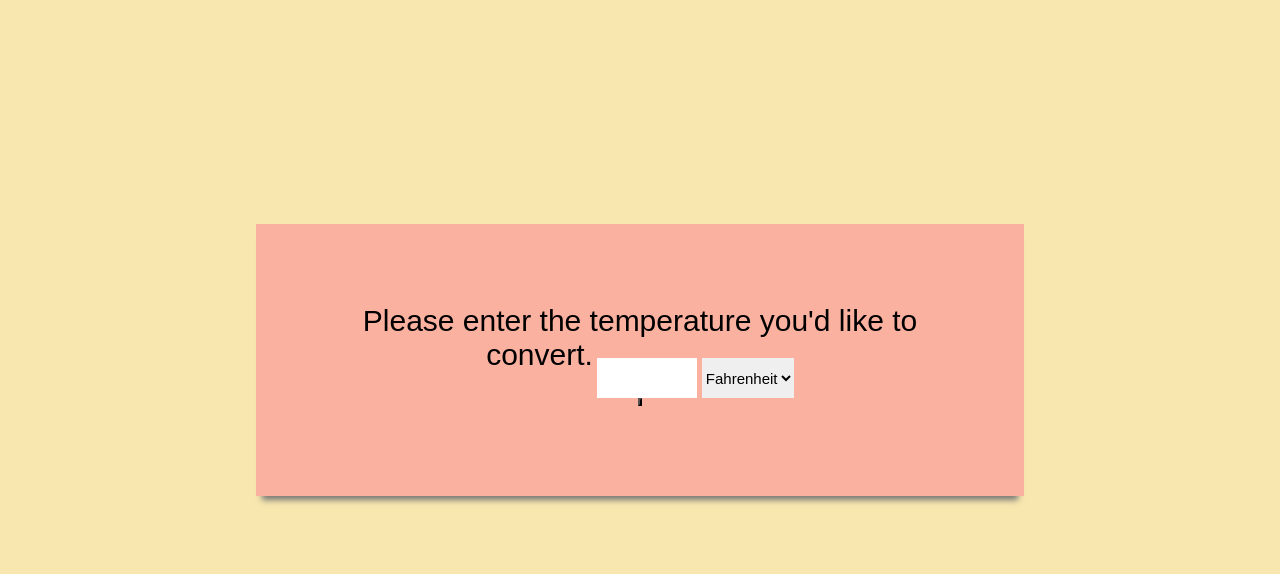
Repository: Mayur2905/OIBSIP
Page: Task-4/index.html
The author's editor kept a copy of each file at every save. The page is drawn from the files as they stood at one save, then again after the next save.
The browser window is 1280 px wide. The pictures show the whole page.

Above is the page before, as saved 2022-02-03 22:30:28.

### Task-4/index.html
<!DOCTYPE html>
<html lang="en">
<head>
    <meta charset="UTF-8">
    <meta http-equiv="X-UA-Compatible" content="IE=edge">
    <meta name="viewport" content="width=device-width, initial-scale=1.0">
    <title>Document</title>
    <link rel="stylesheet" href="style.css">
</head>
<body>
    <form id="tempCalc" onsubmit="calculateTemp(); return false">
        <label for="temp">Please enter the temperature you'd like to convert.</label>
        <input type="number" name="temp" id="temp">
        <select name="temp_diff" id="temp_diff">
            <option value="fah">Fahrenheit</option>
            <option value="Kel">Kelvin</option>
        </select><br/>
        <input id="btn" type="submit" value="submit" name="temp">
        <span id="resultContainer"></span>
    </form>
</body>
</html>

### Task-4/style.css
* {
  margin: 0;
  padding: 0;
  box-sizing: border-box;
  font-family: "Mulish", sans-serif;
}

body {
  width: 100vw;
  height: 100vh;
  background-color: #f8e7af;
  display: grid;
  align-items: center;
}

form {
  background-color: #fab1a0;
  padding: 80px;
  width: 60%;
  margin: 100px auto;
  text-align: center;
  box-shadow: 0 10px 6px -6px #777;
}

#tempCalc label {
  font-size: 30px;
}

#temp {
  border: none;
  padding: 10px;
  height: 40px;
  width: 100px;
  font-size: 20px;
  margin-top: 20px;
  vertical-align: top;
}

#temp_diff {
  height: 40px;
  border: none;
  margin-top: 20px;
  font-size: 15px;
  vertical-align: top;
}

#btn {
  background-color: black;
  height: 8px;
  width: 3px;
}

After the next save:
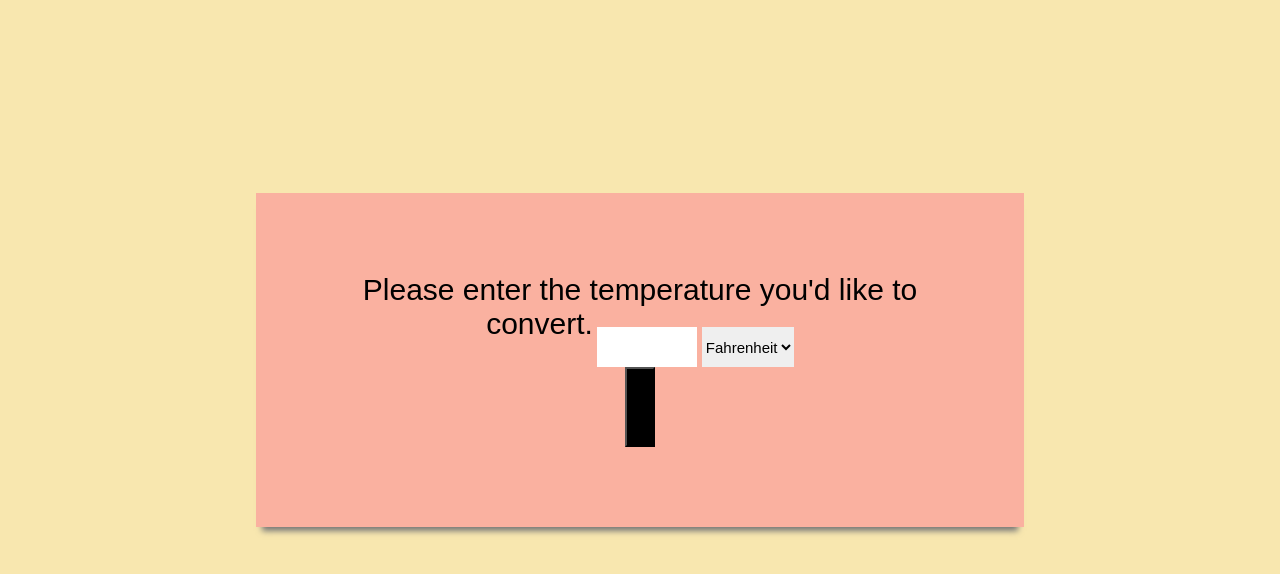
Saved 14 s later.
--- a/Task-4/style.css
+++ b/Task-4/style.css
@@ -46,6 +46,6 @@ form {
 
 #btn {
   background-color: black;
-  height: 8px;
-  width: 3px;
+  height: 80px;
+  width: 30px;
 }
